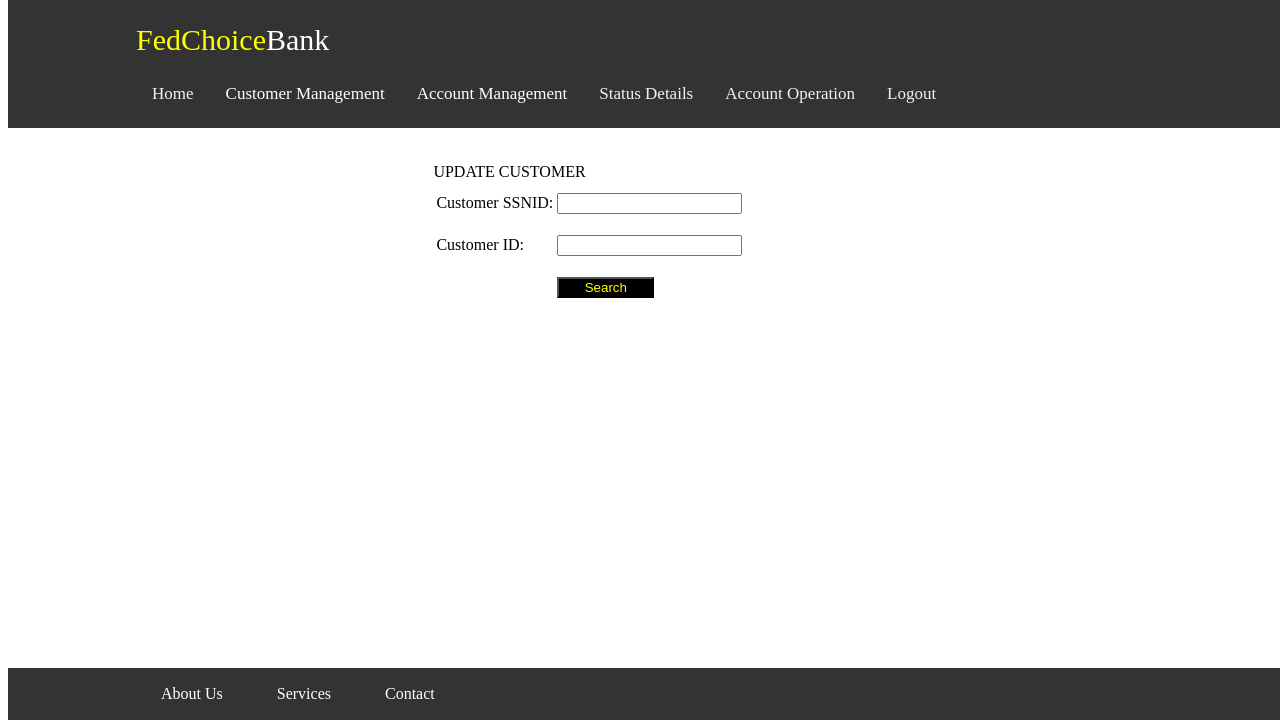
Repository: gopikavinod/RBM
Page: http://localhost/Retail_Bank_Management/updateCustomer.jsp
An editor plug-in stored every save of this project. The page is shown before and after the next save, followed by the edit.
The browser window is 1280 px wide. The pictures show the whole page.
The page is served by Tomcat 9. Other server files are loaded and not shown.

Above is the page before, as saved 2020-06-21 10:59:55.

### eclipse-workspace/Retail Bank Management/WebContent/updateCustomer.jsp
<%@ page language="java" contentType="text/html; charset=ISO-8859-1"
    pageEncoding="ISO-8859-1"
    import="com.bean.CustomerBean"
    %>
<!DOCTYPE html>
   <html>

      <head>
         <meta http-equiv="Content-Type"
            content="text/html; charset=windows-1256">

   <title>FedChoice Bank</title>
<style>
    /* Add some padding on document's body to prevent the content
    to go underneath the header and footer */
    body{
        padding-top: 60px;
        padding-bottom: 40px;
    }
    .container{
        width: 80%;
        margin: 0 auto; /* Center the DIV horizontally */
    }
    .fixed-header, .fixed-footer{
        width: 100%;
        position: fixed;
        background: #333;
        padding: 10px 0;
        color: #fff;
    }
    .fixed-header{
        top: 0;
    }
    .fixed-footer{
        bottom: 0;
    }
    /* Some more styles to beutify this example */
    nav a{
        color: #fff;
        text-decoration: none;
        padding: 7px 25px;
        display: inline-block;
    }
    .container p{
        line-height: 200px; /* Create scrollbar to test positioning */
    }
    p.detail
    {
    color:yellow;
    line-height: 0px;
    font-size: 30px
    }
    span.name{
    	color:white;
    	 font-size: 30px
    }
    tr
    {
    height: 40px;
    }
    span.aestric
    {
    color: red;
    }
    .topnav {
  overflow: hidden;
  background-color: #333;
}

.topnav a {
  float: left;
  display: block;
  color: #f2f2f2;
  text-align: center;
  padding: 14px 16px;
  text-decoration: none;
  font-size: 17px;
}
    .dropdown {
  float: left;
  overflow: hidden;
}
.dropdown .dropbtn {
  font-size: 17px;
  border: none;
  outline: none;
  color: white;
  padding: 14px 16px;
  background-color: inherit;
  font-family: inherit;
  margin: 0;
}

.dropdown-content {
  display: none;
  position: absolute;
  background-color: #f9f9f9;
  min-width: 160px;
  box-shadow: 0px 8px 16px 0px rgba(0,0,0,0.2);
  z-index: 1;
}

.dropdown-content a {
  float: none;
  color: black;
  padding: 12px 16px;
  text-decoration: none;
  display: block;
  text-align: left;
}

.topnav a:hover, .dropdown:hover .dropbtn {
  background-color: #555;
  color: white;
}

.dropdown-content a:hover {
  background-color: #ddd;
  color: black;
}

.dropdown:hover .dropdown-content {
  display: block;
}

</style>

</head>
<body>
    <div class="fixed-header">
        <div class="container">
            <nav>
          <p class="detail">FedChoice<span class="name">Bank</span></p>
          <div class="topnav" id="myTopnav">
                <a href="#">Home</a>
                <div class="dropdown">
    <button class="dropbtn">Customer Management
      <i class="fa fa-caret-down"></i>
    </button>
    <div class="dropdown-content">
      <a href="/Retail_Bank_Management/userLogged.jsp">Create Customer</a>
      <a href="/Retail_Bank_Management/updateCustomer.jsp">Update Customer</a>
      <a href="#">Delete Customer</a>
      <a href="#">View Customer Details</a>
    </div>
    </div>

   <div class="dropdown">
    <button class="dropbtn">Account Management
      <i class="fa fa-caret-down"></i>
    </button>
    <div class="dropdown-content">
      <a href="#">Add Account</a>
      <a href="#">Update Account</a>
      <a href="#">Delete Account</a>
      <a href="#">View Account Details</a>
    </div>
    </div>


                <a href="#">Status Details</a>
                <a href="#">Account Operation</a>
                <a href="#">Logout</a>
            </nav>
        </div>
    </div>
    <div class="container">
    <p>
    	<form action="UpdateCustomerServlete" name="updateCustomer"   enctype="multipart/form-data" style="margin-top: 95px;
    margin-left: 299px;" >
    <table>
    <thead style="align-content: center;"> UPDATE CUSTOMER</thead>
<tr >
<td>Customer SSNID:</td>
<td><input type="text" id="cssnid" name="customerssnid" value="" > </td>
</tr>
<tr >
<td>Customer ID:</td>
<td><input type="text" id="custid" name="customerid" value=""> </td>
</tr>
<tr colspan="2" >
<td></td>
<td><input type="submit" value="Search" style="background-color: black;color: yellow ;width:97px"></td>
</tr>




<%-- <tr  style="visibility:hidden">
<td>Old Customer Name:</td>
<td><input type="text" id="cname" name="customername"  style="visibility:hidden" value="<%

CustomerBean updatecustomer = new CustomerBean();
String name="";
name=updatecustomer.getCustname();%>" readonly="readonly" > </td>
</tr>
<tr  style="visibility:hidden">
<td>New Customer Name<span class="aestric">*</span>:</td>
<td><input type="text" id="ncname" name="newcustname" value="" required="required" ></td>
</tr>
<tr  style="visibility:hidden">
<td>Old Address:</td>
<td> <input type="text" id="oaddress" name="customeroaddress" value=""  readonly="readonly"></td>
</tr>
<tr  style="visibility:hidden">
<td>New Address<span class="aestric">*</span>:</td>
<td> <input type="text" id="naddress" name="customernaddress" value="" required="required" ></td>
</tr>
<tr  style="visibility:hidden">
<td>Old Age:</td>
<td> <input type="text" id="oage" name="customeroage" value = "" readonly="readonly"></td>
</tr>
<tr  style="visibility:hidden">
<td>New Age<span class="aestric">*</span>:</td>
<td> <input type="text" id="nage" name="customernage" value="" required="required"></td>
</tr>
<tr   style="visibility:hidden">
<td style="color: red;"> (*)Fields are compulsory</td>

</tr>

<tr colspan="2"  style="visibility:hidden">
<td></td>
<td><input type="submit" value="Search" style="background-color: black;color: yellow ;width:97px"></td>
</tr> --%>

</table>

    	</form>
    	</p>
    	    </div>
    <div class="fixed-footer">
        <div class="container">
        <nav>

                <a href="#">About Us</a>
                <a href="#">Services</a>
                <a href="#">Contact</a>
        </nav>
        </div>
    </div>
</body>
   </html>

After the next save:
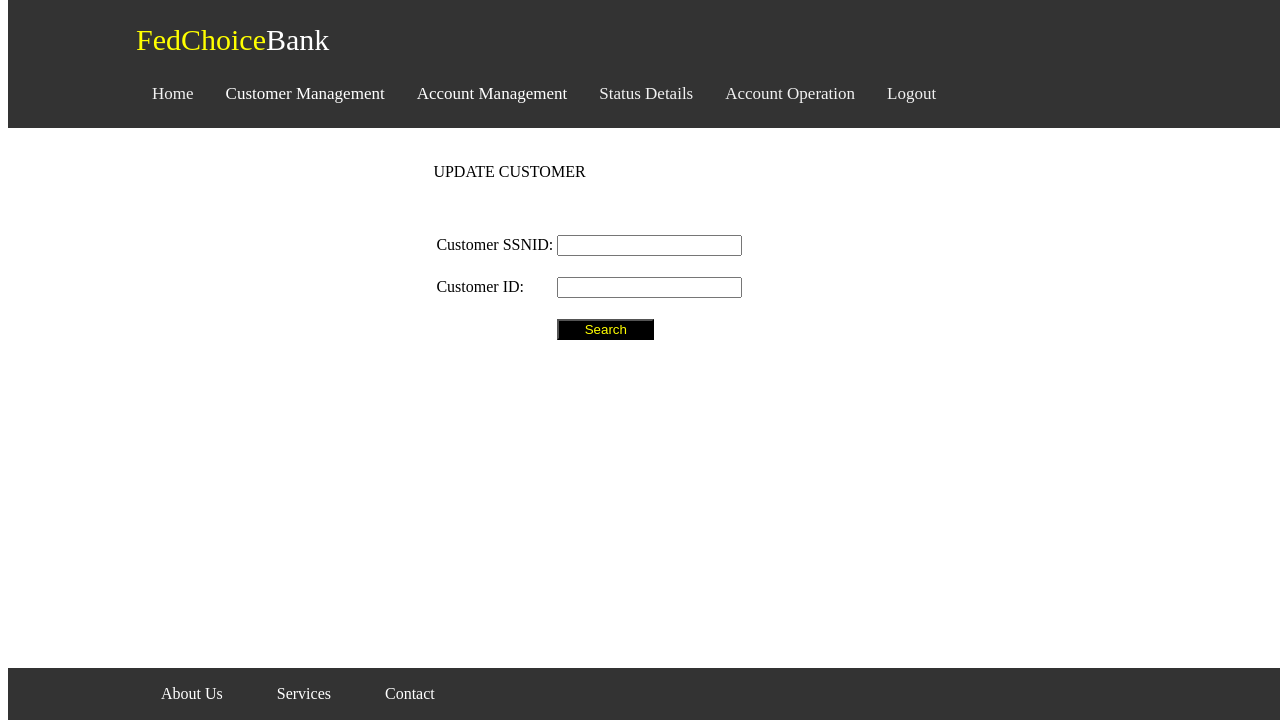
Saved 83 s later.
--- a/eclipse-workspace/Retail Bank Management/WebContent/updateCustomer.jsp
+++ b/eclipse-workspace/Retail Bank Management/WebContent/updateCustomer.jsp
@@ -169,7 +169,7 @@
     	<form action="UpdateCustomerServlete" name="updateCustomer"   enctype="multipart/form-data" style="margin-top: 95px;
     margin-left: 299px;" >
     <table>
-    <thead style="align-content: center;"> UPDATE CUSTOMER</thead>
+    <tr colspan="2"> UPDATE CUSTOMER</tr>
 <tr >
 <td>Customer SSNID:</td>
 <td><input type="text" id="cssnid" name="customerssnid" value="" > </td>
